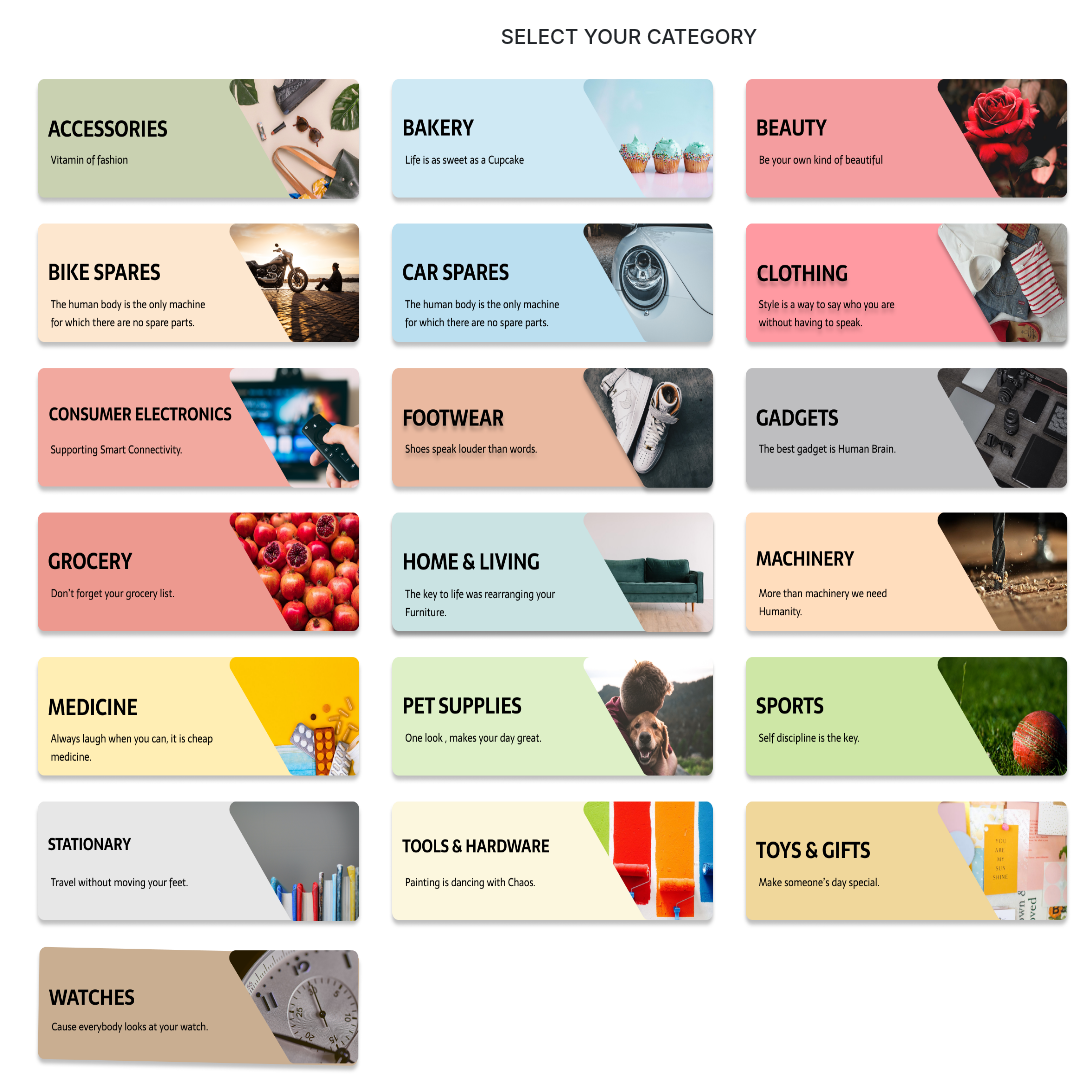
Repository: simranbhurat/WhiteLeaf
Page: frontend/category.html
An editor plug-in stored every save of this project. The page is shown before and after the next save, followed by the edit.
The browser window is 1280 px wide. The pictures show the whole page, at 85% of full size.
Some web libraries are served in a nearby version.

Above is the page before, as saved 2020-07-24 23:08:19.

### frontend/category.html
<!doctype html>
<html lang="en">

<head>
    <!-- Required meta tags -->
    <meta charset="utf-8">
    <meta name="viewport" content="width=device-width, initial-scale=1">

    <!-- Bootstrap CSS -->
    <link rel="stylesheet" href="https://stackpath.bootstrapcdn.com/bootstrap/4.5.0/css/bootstrap.min.css"
        integrity="sha384-9aIt2nRpC12Uk9gS9baDl411NQApFmC26EwAOH8WgZl5MYYxFfc+NcPb1dKGj7Sk" crossorigin="anonymous">
    <link href="css/styles.css" rel="stylesheet" />

    <title>Category</title>
    <script>
        // Each image has a id, and that is set in the cookie
        function setCategory(id) {
            document.cookie = "category=" + id;
        }
    </script>

</head>

<body>

    <div class="container-fluid">
        <h4 class="mb-4 cen" style="text-align:center">SELECT YOUR CATEGORY</h4>
        <form class="needs-validation" novalidate class="modal-content animate">
            <div class="container-fluid">

                <div class="row">
                    <div class="col-4" id="arrow">
                        <a href="new.html"><img src="images/accessories.png" class="img-rounded"
                                style="width:100%; height:150px; margin:10px ; object-fit: fill;" onclick="setCategory(this.id)"
                                id="accessories"></a>
                    </div>
                    <div class="col-4" id="arrow">
                        <a href="new.html"><img src="images/bakery.png" class="img-rounded"
                                style="width:100%; height:150px; margin:10px; object-fit: fill;" onclick="setCategory(this.id)"
                                id="bakery"></a>
                    </div>
                    <div class="col-4" id="arrow">
                        <a href="new.html"><img src="images/beauty.png" class="img-rounded"
                                style="width:100%; height:150px; margin:10px; object-fit: fill;" onclick="setCategory(this.id)"
                                id="beauty"></a>
                    </div>

                </div>
                <div class="row">
                    <div class="col-4" id="arrow">
                        <a href="new.html"><img src="images/bike_spares.png" class="img-rounded"
                                style="width:100%; height:150px; margin:10px; object-fit: fill;" onclick="setCategory(this.id)"
                                id="bike_spares"></a>
                    </div>
                    <div class="col-4" id="arrow">
                        <a href="new.html"><img src="images/car_spares.png" class="img-rounded"
                                style="width:100%; height:150px; margin:10px; object-fit: fill;" onclick="setCategory(this.id)"
                                id="car_spares"></a>
                    </div>
                    <div class="col-4" id="arrow">
                        <a href="new.html"><img src="images/clothing.png" class="img-rounded"
                                style="width:100%; height:150px; margin:10px; object-fit: fill;" onclick="setCategory(this.id)"
                                id="clothing"></a>
                    </div>
                </div>



                <div class="row">


                    <div class="col-4" id="arrow">
                        <a href="new.html"><img src="images/consumer_electronics.png" class="img-rounded"
                                style="width:100%; height:150px; margin:10px; object-fit: fill;" onclick="setCategory(this.id)"
                                id="consumer_electronics"></a>
                    </div>
                    <div class="col-4" id="arrow">
                        <a href="new.html"><img src="images/footwear.png" class="img-rounded"
                                style="width:100%; height:150px; margin:10px; object-fit: fill;" onclick="setCategory(this.id)"
                                id="footwear"></a>
                    </div>
                    <div class="col-4" id="arrow">
                        <a href="new.html"><img src="images/gadgets.png" class="img-rounded"
                                style="width:100%; height:150px; margin:10px; object-fit: fill;" onclick="setCategory(this.id)"
                                id="gadgets"></a>
                    </div>

                </div>



                <div class="row">


                    <div class="col-4" id="arrow">
                        <a href="new.html"><img src="images/grocery.png" class="img-rounded"
                                style="width:100%; height:150px; margin:10px; object-fit: fill;" onclick="setCategory(this.id)"
                                id="grocery"></a>
                    </div>

                    <div class="col-4" id="arrow">
                        <a href="new.html"><img src="images/home_and_living.png" class="img-rounded"
                                style="width:100%; height:150px; margin:10px; object-fit: fill;" onclick="setCategory(this.id)"
                                id="home_and_living"></a>
                    </div>
                    <div class="col-4" id="arrow">
                        <a href="new.html"><img src="images/machinery.png" class="img-rounded"
                                style="width:100%; height:150px; margin:10px; object-fit: fill;" onclick="setCategory(this.id)"
                                id="machinery"></a>
                    </div>

                </div>

                <div class="row">
                    <div class="col-4" id="arrow">
                        <a href="new.html"><img src="images/medicine.PNG" class="img-rounded"
                                style="width:100%; height:150px; margin:10px; object-fit: fill;" onclick="setCategory(this.id)"
                                id="medicine"></a>
                    </div>
                    <div class="col-4" id="arrow">
                        <a href="new.html"><img src="images/pet_supplies.png" class="img-rounded"
                                style="width:100%; height:150px; margin:10px; object-fit: fill;" onclick="setCategory(this.id)"
                                id="pet_supplies"></a>
                    </div>
                    <div class="col-4" id="arrow">
                        <a href="new.html"><img src="images/sports.png" class="img-rounded"
                                style="width:100%; height:150px; margin:10px; object-fit: fill;" onclick="setCategory(this.id)"
                                id="sports"></a>
                    </div>


                </div>

                <div class="row">
                    <div class="col-4" id="arrow">
                        <a href="new.html"><img src="images/stationary.png" class="img-rounded"
                                style="width:100%; height:150px; margin:10px; object-fit: fill;" onclick="setCategory(this.id)"
                                id="stationary"></a>
                    </div>
                    <div class="col-4" id="arrow">
                        <a href="new.html"><img src="images/tools_and_hardware.png" class="img-rounded"
                                style="width:100%; height:150px; margin:10px; object-fit: fill;" onclick="setCategory(this.id)"
                                id="tools_and_hardware"></a>
                    </div>
                    <div class="col-4" id="arrow">
                        <a href="new.html"><img src="images/toys_and_gifts.png" class="img-rounded"
                                style="width:100%; height:150px; margin:10px; object-fit: fill;" onclick="setCategory(this.id)"
                                id="toys_and_gifts"></a>

                    </div>

                    <div class="row">

                    </div>
                    <div class="col-4" id="arrow">
                        <a href="new.html"><img src="images/watches.png" class="img-rounded"
                                style="width:100%; height:150px; margin:10px; object-fit: fill;" onclick="setCategory(this.id)"
                                id="watches"></a>
                    </div>

                </div>


            </div>

        </form>
    </div>


    <!-- Optional JavaScript -->
    <!-- jQuery first, then Popper.js, then Bootstrap JS -->
    <script src="https://code.jquery.com/jquery-4.5.1.slim.min.js"
        integrity="sha384-DfXdz2htPH0lsSSs5nCTpuj/zy4C+OGpamoFVy38MVBnE+IbbVYUew+OrCXaRkfj"
        crossorigin="anonymous"></script>
    <script src="https://cdn.jsdelivr.net/npm/popper.js@1.16.0/dist/umd/popper.min.js"
        integrity="sha384-Q6E9RHvbIyZFJoft+2mJbHaEWldlvI9IOYy5n3zV9zzTtmI3UksdQRVvoxMfooAo"
        crossorigin="anonymous"></script>
    <script src="https://ajax.googleapis.com/ajax/libs/jquery/4.5.1/jquery.min.js"></script>
    <script src="https://maxcdn.bootstrapcdn.com/bootstrap/4.4.1/js/bootstrap.min.js"></script>
    <script src="https://stackpath.bootstrapcdn.com/bootstrap/4.5.0/js/bootstrap.min.js"
        integrity="sha384-OgVRvuATP1z7JjHLkuOU7Xw704+h835Lr+6QL9UvYjZE3Ipu6Tp75j7Bh/kR0JKI"
        crossorigin="anonymous"></script>
</body>

</html>

Loaded but not shown: frontend/css/styles.css (library)

After the next save:
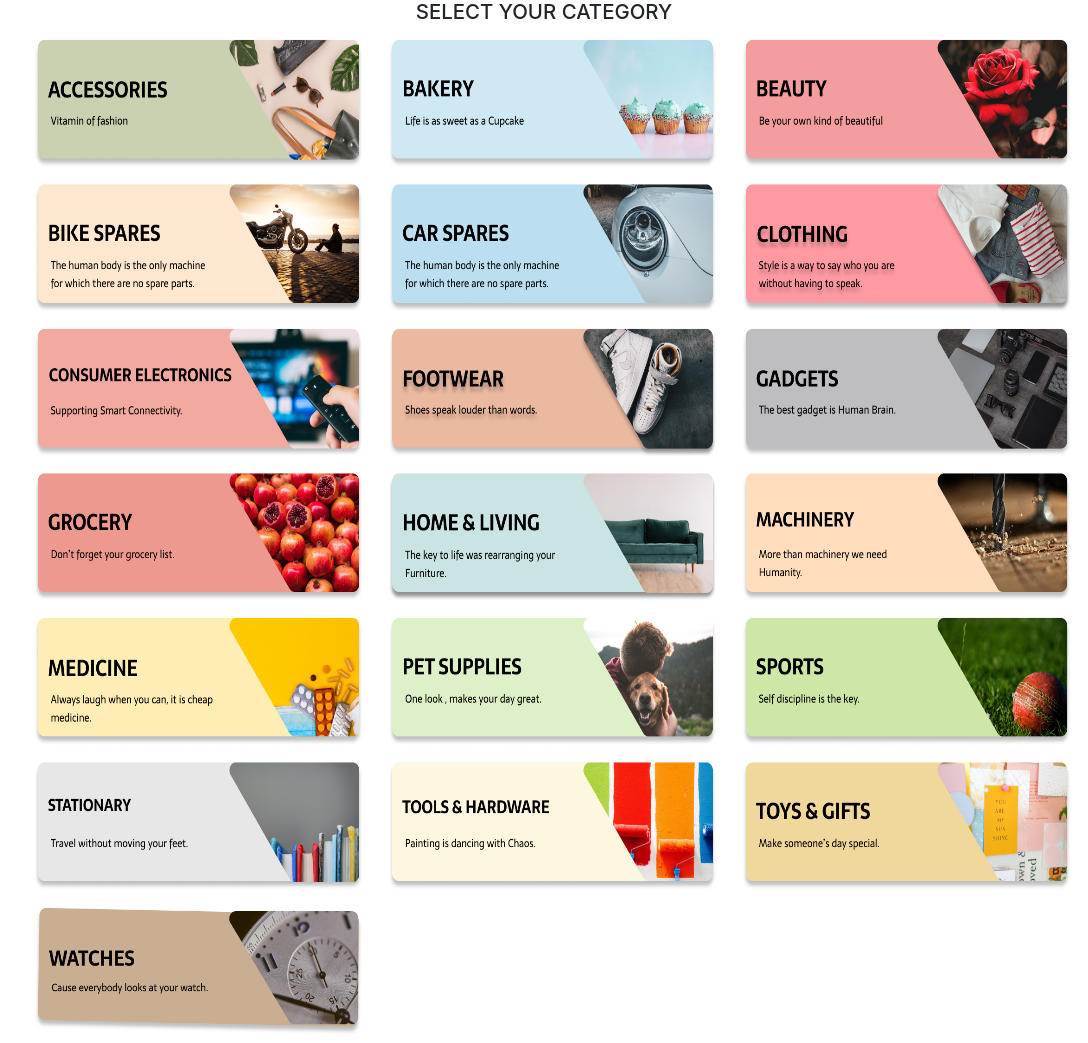
Saved 20 s later.
--- a/frontend/category.html
+++ b/frontend/category.html
@@ -24,7 +24,7 @@
 <body>
 
     <div class="container-fluid">
-        <h4 class="mb-4 cen" style="text-align:center">SELECT YOUR CATEGORY</h4>
+        <h4  style="text-align:center">SELECT YOUR CATEGORY</h4>
         <form class="needs-validation" novalidate class="modal-content animate">
             <div class="container-fluid">
 
